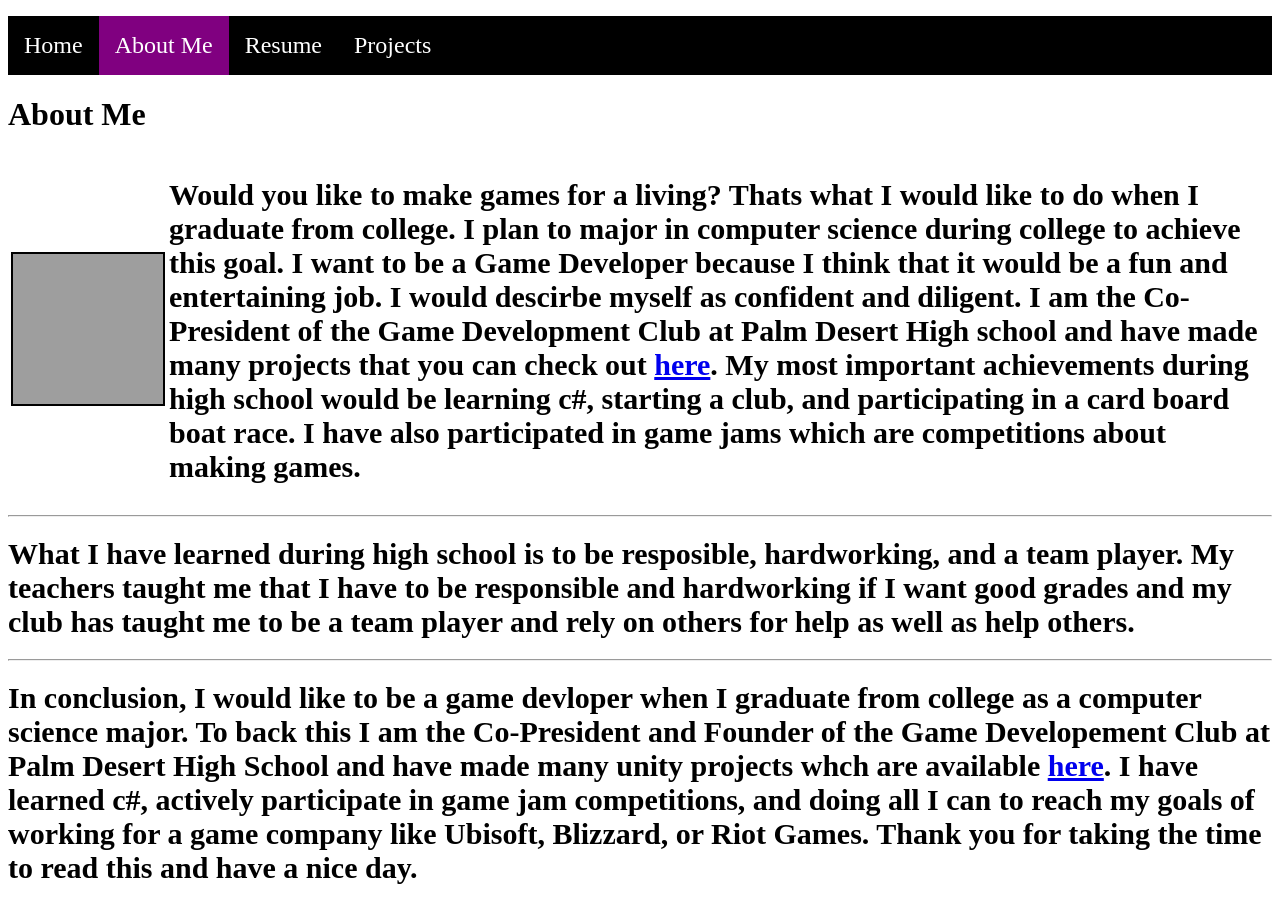
Repository: Artlepop/Artlepop.github.io
Page: aboutme.html
The author's editor kept a record of every edit. The page is drawn from the files as they stood at one moment, then again after the next edit.
The browser window is 1280 px wide. The pictures show the whole page.
Pictures or frames that could not be fetched are drawn as grey boxes.

Above is the page before.

### aboutme.html
<!DOCTYPE html>
<html>
  <head>
  <title>About Me</title>
  <link rel="stylesheet" type="text/css" href="style.css">
  <style>
      .aboutimg{
          border: 2px solid black;
          height: 150px;
          width: 150px;
      }

      .paragraph{
          font-size: 30px;
      }
  </style>
  </head>
  <body>
    <ul class="navbar">
      <li id = "bar"><a href="index.html">Home</a></li>
      <li class = "active" id = "bar"><a href="aboutme.html">About Me</a></li>
      <li id = "bar"><a href="resume.html">Resume</a></li>
      <li class = "dropdown">
        <div id = "bar">Projects</div>
        <ul class="dropdown-content">
          <li id = "bar"><a href="textadventure.html">Text Adventure</a></li>
          <li id = "bar"><a href="project2.html">Python Project</a></li>
          <li id = "bar"><a href="project3.html">Project 3</a></li>
        </ul>
      </li>
    </ul>
    <h1>About Me</h1>
    <table>
      <tr>
        <td><img class = "aboutimg" src = "https://www.gormankelly.com.au/wp-content/uploads/2019/03/Placeholder-Team-Image.jpg"></td>
        <td><h1 class = "paragraph">Would you like to make games for a living? Thats what I would like to do
    when I graduate from college. I plan to major in computer science during college to achieve this goal.
    I want to be a Game Developer because I think that it would be a fun and entertaining job. I would descirbe myself as confident and diligent.
    I am the Co-President of the Game Development Club at Palm Desert High school and have made many projects that you can check out <a class="hubblelink" href="https://hubble-wubble.itch.io/">here</a>.
    My most important achievements during high school would be learning c#, starting a club, and participating in a card board boat race. I have also participated in
    game jams which are competitions about making games.</h1></td>
      </tr>
    </table>
    <hr>
    <h1 class = "paragraph">What I have learned during high school is to be resposible, hardworking, and a team player. My teachers taught me
    that I have to be responsible and hardworking if I want good grades and my club has taught me to be a team player and rely on others for help as well as help others.</h1>
    <hr>
    <h1 class = "paragraph">In conclusion, I would like to be a game devloper when I graduate from college as a computer
    science major. To back this I am the Co-President and Founder of the Game Developement Club at Palm Desert High School and have made many unity projects whch are available
    <a class="hubblelink" href="https://hubble-wubble.itch.io/">here</a>. I have learned c#, actively participate in game jam competitions, and doing all I can to reach
    my goals of working for a game company like Ubisoft, Blizzard, or Riot Games. Thank you for taking the time to read this and have a nice day.</h1>
  </body>
</html>

### style.css
    .navbar{
      list-style: none;
      background-color: black;
      overflow: hidden;
      padding: 0;
    }

    .navbar a, .dropdown div{
      text-decoration: none;
      color: white;
      font-size: 24px;
      padding: 16px;
      display: inline-block;
    }

    .navbar li{
      float: left;
    }

    .navbar li:hover{
      background-color: purple;
    }

    a:Hover, div:Hover{
        color: black;
    }

    .dropdown-content{
      list-style: none;
      padding: 0;
      display: none;
      position: absolute;
      z-index: 1;
    }

    .dropdown-content li{
      float:none;
      background-color: purple;
    }

    .dropdown:hover .dropdown-content{
      display: block;
    }

    .active
    {
      background-color: purple;
    }

After the next edit:
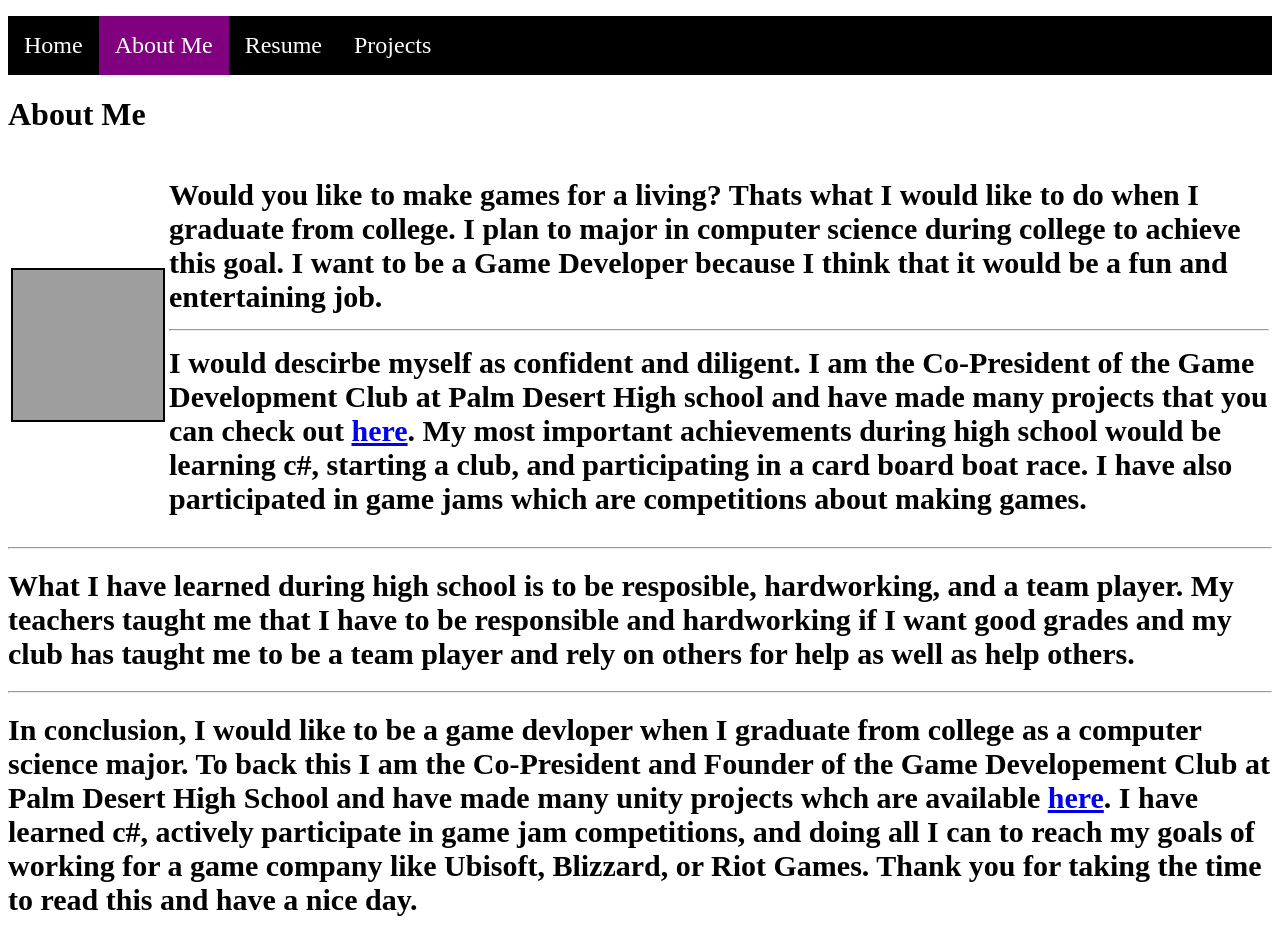
The edit:
--- a/aboutme.html
+++ b/aboutme.html
@@ -35,7 +35,7 @@
         <td><img class = "aboutimg" src = "https://www.gormankelly.com.au/wp-content/uploads/2019/03/Placeholder-Team-Image.jpg"></td>
         <td><h1 class = "paragraph">Would you like to make games for a living? Thats what I would like to do
     when I graduate from college. I plan to major in computer science during college to achieve this goal.
-    I want to be a Game Developer because I think that it would be a fun and entertaining job. I would descirbe myself as confident and diligent.
+    I want to be a Game Developer because I think that it would be a fun and entertaining job.<hr> I would descirbe myself as confident and diligent.
     I am the Co-President of the Game Development Club at Palm Desert High school and have made many projects that you can check out <a class="hubblelink" href="https://hubble-wubble.itch.io/">here</a>.
     My most important achievements during high school would be learning c#, starting a club, and participating in a card board boat race. I have also participated in
     game jams which are competitions about making games.</h1></td>
